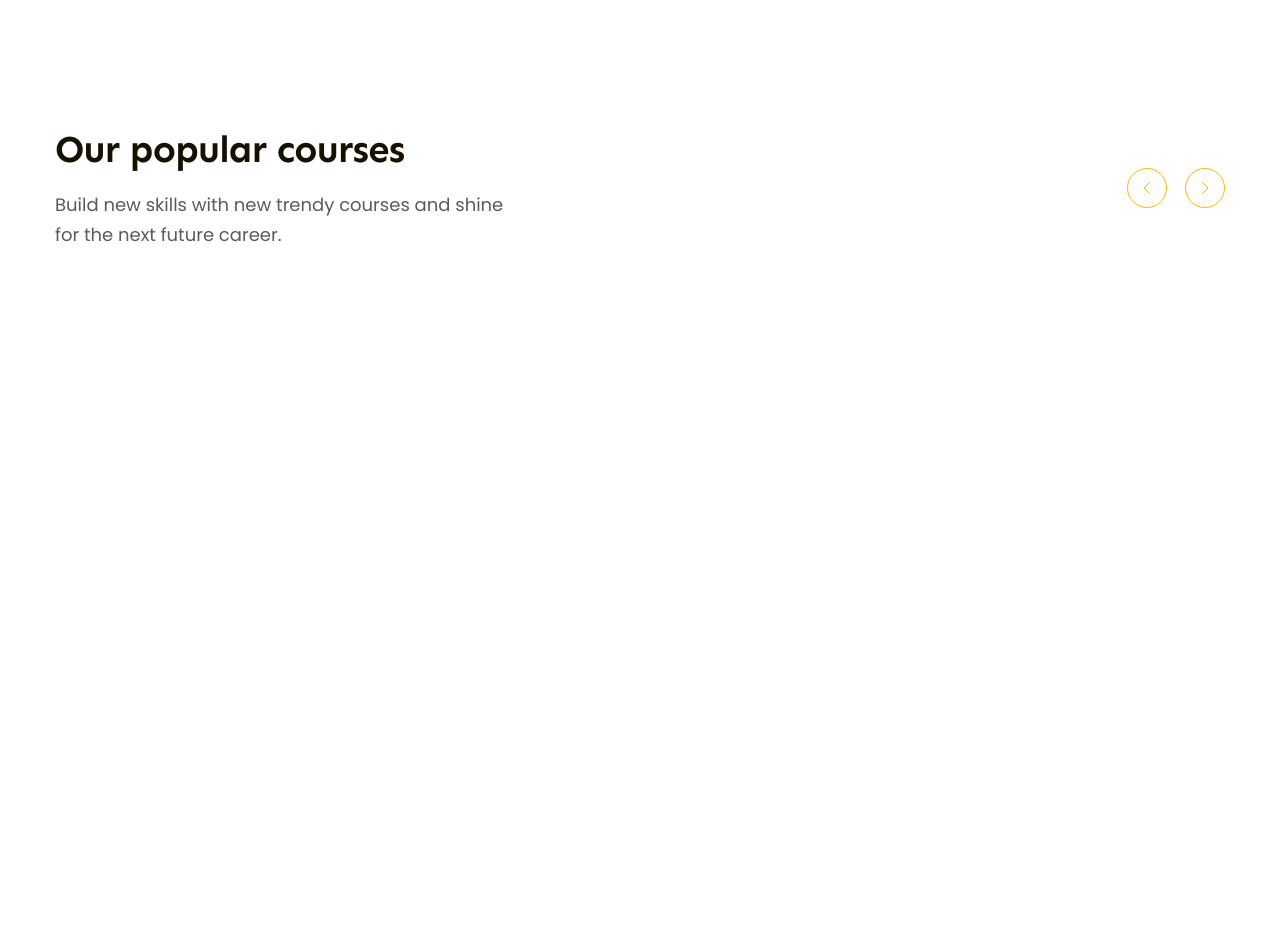
Repository: empty24062002/f8-htmlcss-02-pratice
Page: index.html
An editor plug-in stored every save of this project. The page is shown before and after the next save, followed by the edit.
The browser window is 1280 px wide. The pictures show the part of the page from y = 946 to 1898 px (the page is 5187 px tall).
A picture or video elsewhere on the page could not be fetched, so the positions and the page height are approximate.

Above is the page before, as saved 2023-07-18 22:00:02.

After the next save:
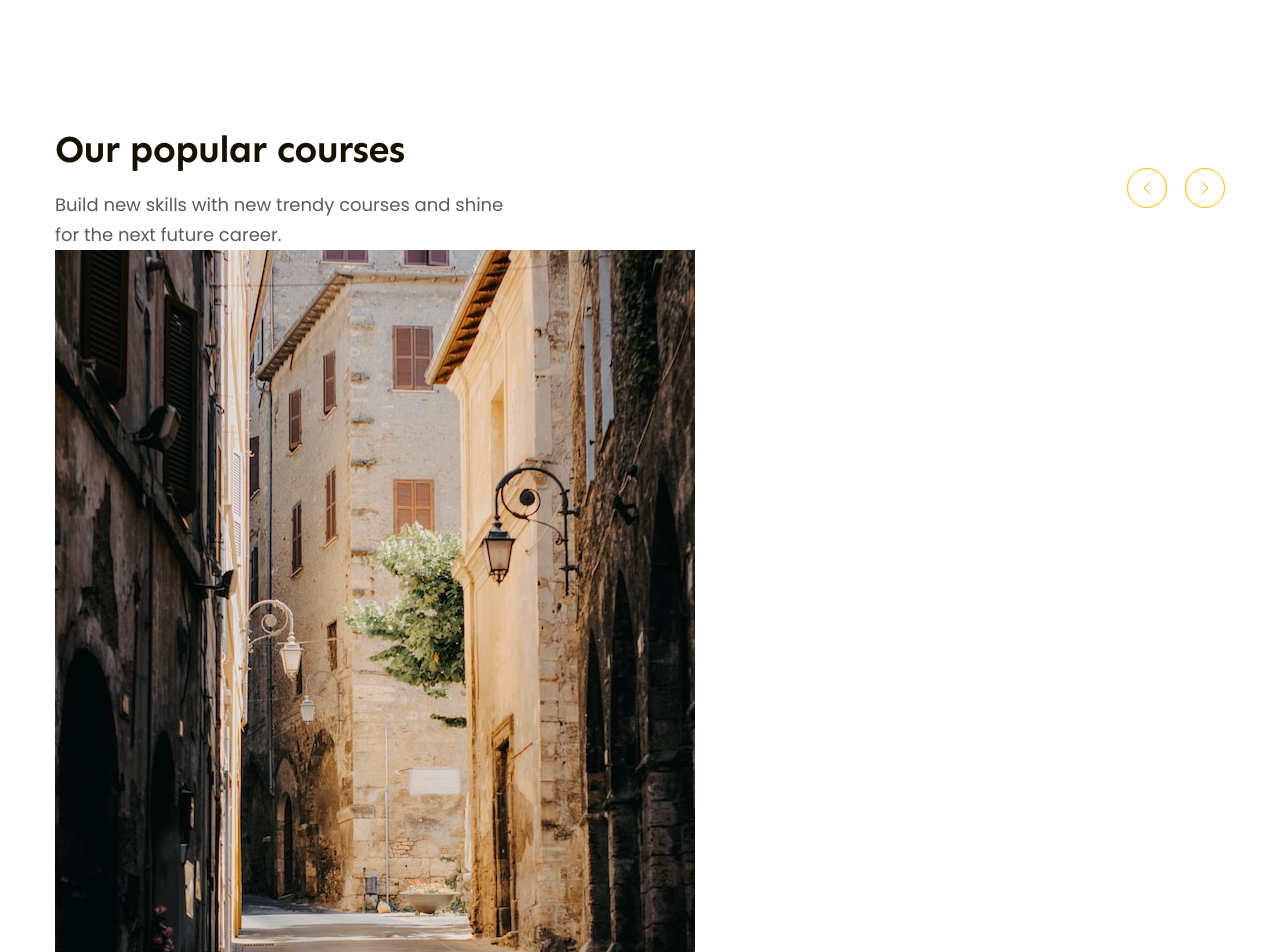
Saved 14 min 2 s later.
--- a/index.html
+++ b/index.html
@@ -180,6 +180,36 @@
                             </button>
                         </div>
                     </div>
+                    <div class="popular-course-list">
+                        <!-- Item 1 -->
+                        <div class="course-item">
+                            <a href="">
+                                <img
+                                    src="./assets/img/popular-1.jpg"
+                                    alt=""
+                                    class="thumb"
+                                />
+                            </a>
+                            <div class="info">
+                                <h3 class="title">
+                                    <a href="">Basic web design</a>
+                                </h3>
+                                <div class="rating">
+                                    <img
+                                        src="./assets/icons/star.svg"
+                                        alt=""
+                                        class="star"
+                                    />
+                                </div>
+                                <p class="desc">
+                                    Get the best course, gain knowledge and
+                                    shine for your future career.
+                                </p>
+                                <span class="price">$120.75</span>
+                                <button class="btn">Book Now</button>
+                            </div>
+                        </div>
+                    </div>
                 </div>
             </div>
         </main>
